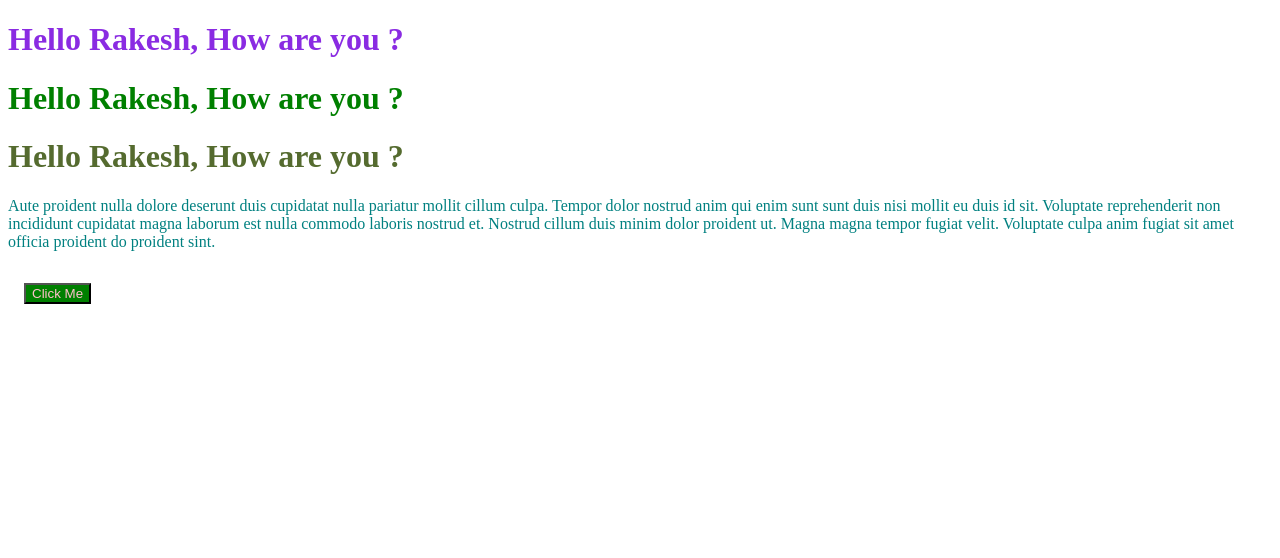
Repository: rakeshkolpepatil/CSS_Apana_College
Page: index.html
The author's editor kept a copy of each file at every save. The page is drawn from the files as they stood at one save, then again after the next save.
The browser window is 1280 px wide. The pictures show the whole page.

Above is the page before, as saved 2023-06-21 18:47:41.

### index.html
<!DOCTYPE html>
<html lang="en">
<head>
  <meta charset="UTF-8">
  <meta name="viewport" content="width=device-width, initial-scale=1.0">
  <title>CSS Level 1</title>
  <link rel="stylesheet" href="style.css" >
  <style>
    /* h1{
      color:cornflowerblue
    } */
  </style>
</head>
<body>
  <h1 style="color:blueviolet"> Hello Rakesh, How are you ?</h1>
  <h1 style="color:green"> Hello Rakesh, How are you ?</h1>
  <h1> Hello Rakesh, How are you ?</h1>
  <p>
    Aute proident nulla dolore deserunt duis cupidatat nulla pariatur mollit cillum culpa. Tempor dolor nostrud anim qui enim sunt sunt duis nisi mollit eu duis id sit. Voluptate reprehenderit non incididunt cupidatat magna laborum est nulla commodo laboris nostrud et. Nostrud cillum duis minim dolor proident ut. Magna magna tempor fugiat velit. Voluptate culpa anim fugiat sit amet officia proident do proident sint.
  </p>
  <button> Click Me </button>
</body>
</html>

### style.css
h1{
  color:darkolivegreen
}
p{
  /* color:blueviolet */
  color:teal
}
button{
  color:pink;
  font-size: 200;
  font-weight:bolder;
  font-weight: 400;
  background-color: green;
  /* padding: 1rem; */
  margin: 1rem;
}

After the next save:
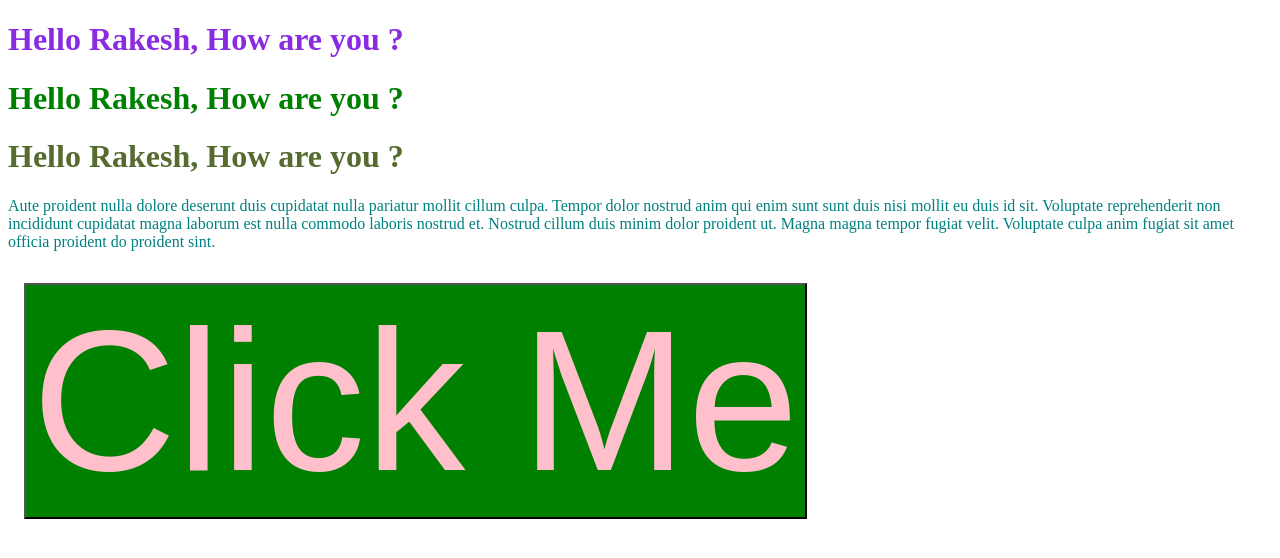
Saved 31 s later.
--- a/style.css
+++ b/style.css
@@ -7,7 +7,7 @@
 }
 button{
   color:pink;
-  font-size: 200;
+  font-size: 200px;
   font-weight:bolder;
   font-weight: 400;
   background-color: green;

After the save that followed:
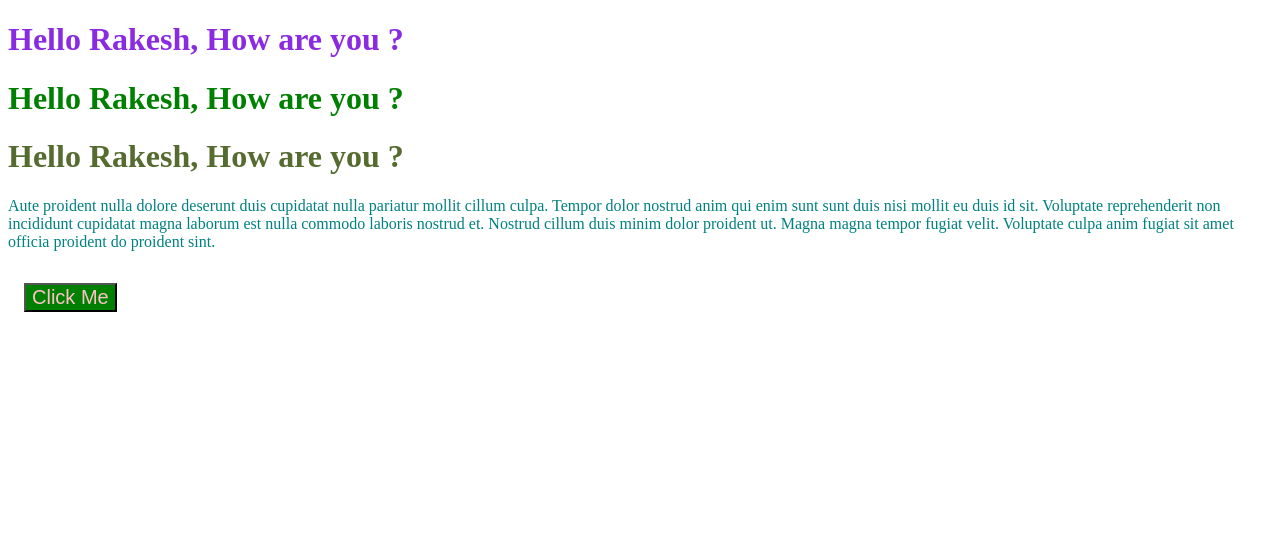
Saved 5 s later.
--- a/style.css
+++ b/style.css
@@ -7,7 +7,7 @@
 }
 button{
   color:pink;
-  font-size: 200px;
+  font-size: 20px;
   font-weight:bolder;
   font-weight: 400;
   background-color: green;
